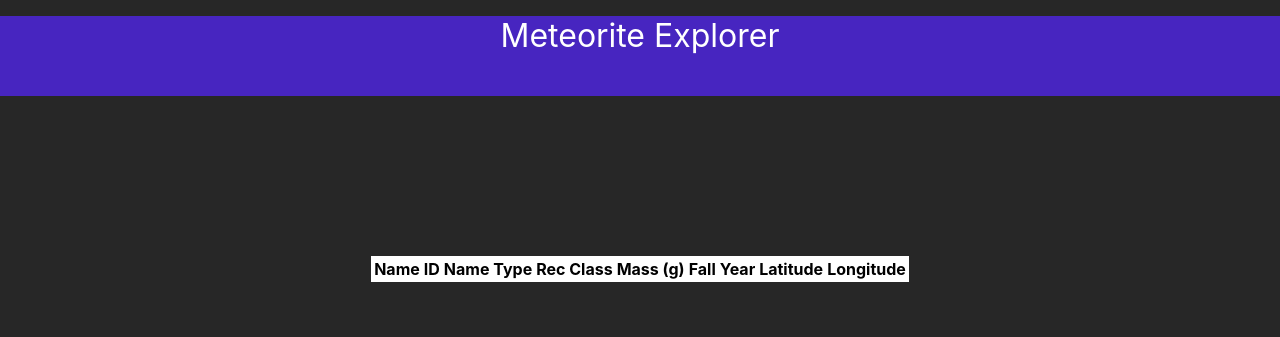
Repository: Tsardines/meteorite-explorer
Page: / (app in meteorite-explorer/)
The author's editor kept a copy of each file at every save. The page is drawn from the files as they stood at one save, then again after the next save.
The browser window is 1280 px wide. The pictures show the whole page.
The page's requests for data from a server got no answer. The project was rebuilt for these pictures with package versions that can differ from the ones it lists, and the page was loaded fresh each time. No one was signed in, and anything a server would have sent is missing.

Above is the page before, as saved 2019-05-27 16:42:07.

After the next save:
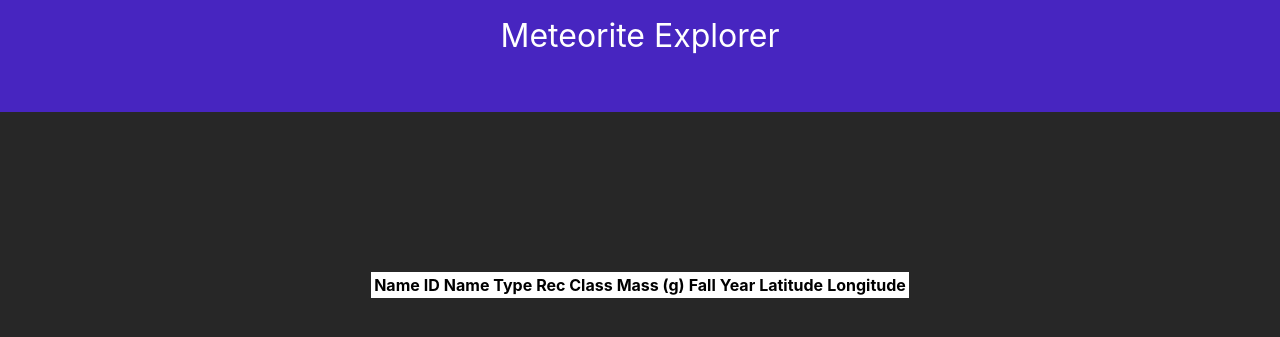
Saved 5 s later.
--- a/meteorite-explorer/src/App.css
+++ b/meteorite-explorer/src/App.css
@@ -7,7 +7,7 @@ body {
   color: white;
   font-size: 2rem;
   height: 5rem;
-  margin: 1rem 0;
+  padding: 1rem 0;
   text-align: center;
 }
 
